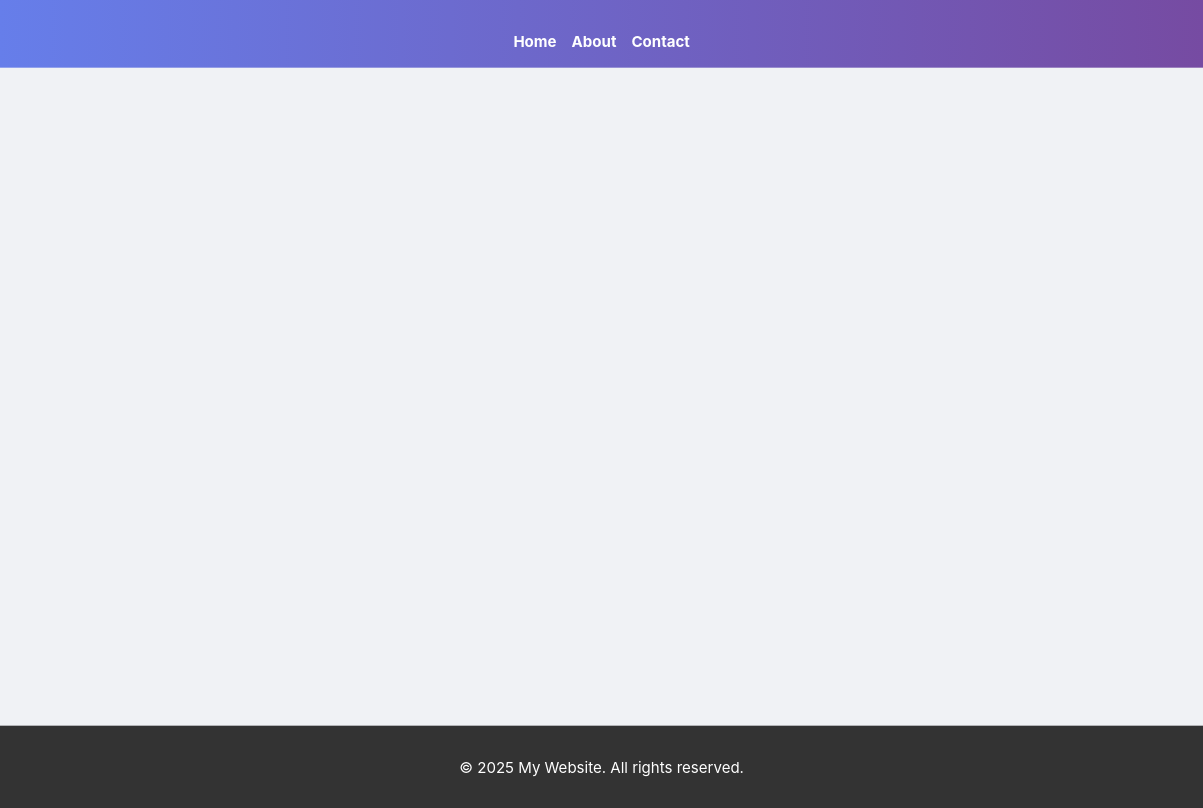
Repository: PhilLeGoff/first-react-page
Page: /
An editor plug-in stored every save of this project. The page is shown before and after the next save, followed by the edit.
The browser window is 1280 px wide. The pictures show the whole page, at 94% of full size.
The project was rebuilt for these pictures with package versions that can differ from the ones it lists, and the page was loaded fresh each time. Also part of the build but not shown: vite.config.ts.

Above is the page before, as saved 2025-02-17 15:27:37.

### src/index.css
:root {
  font-family: Inter, system-ui, Avenir, Helvetica, Arial, sans-serif;
  line-height: 1.5;
  font-weight: 400;

  color-scheme: light dark;
  color: rgba(255, 255, 255, 0.87);
  background-color: #242424;

  font-synthesis: none;
  text-rendering: optimizeLegibility;
  -webkit-font-smoothing: antialiased;
  -moz-osx-font-smoothing: grayscale;
}

a {
  font-weight: 500;
  color: #646cff;
  text-decoration: inherit;
}
a:hover {
  color: #535bf2;
}

body {
  margin: 0;
  font-family: 'Inter', sans-serif;
  background-color: #f0f2f5;
}

h1 {
  font-size: 3.2em;
  line-height: 1.1;
}

button {
  border-radius: 8px;
  border: 1px solid transparent;
  padding: 0.6em 1.2em;
  font-size: 1em;
  font-weight: 500;
  font-family: inherit;
  background-color: #1a1a1a;
  cursor: pointer;
  transition: border-color 0.25s;
}
button:hover {
  border-color: #646cff;
}
button:focus,
button:focus-visible {
  outline: 4px auto -webkit-focus-ring-color;
}

@media (prefers-color-scheme: light) {
  :root {
    color: #213547;
    background-color: #ffffff;
  }
  a:hover {
    color: #747bff;
  }
  button {
    background-color: #f9f9f9;
  }
}

### src/App.tsx
// src/App.tsx
import { useState } from 'react'
import Header from './components/Header'
import Footer from './components/Footer'
import './App.css'
import './index.css'
import Hero from './components/Hero'

function App() {
  const [count, setCount] = useState(0)

  return (
    <div className="app-container">
      <Header />

      <Hero />

      <Footer />
    </div>
  )
}

export default App

### src/components/Header.tsx
// src/components/Header.tsx
import './Header.css' // Optional: Create a separate CSS file for Header styles if desired

const Header = () => {
  return (
    <header className="header">
      <nav className="nav">
        <a href="#home" className="nav-link">Home</a>
        <a href="#about" className="nav-link">About</a>
        <a href="#contact" className="nav-link">Contact</a>
      </nav>
    </header>
  )
}

export default Header

### src/components/Footer.tsx
// src/components/Footer.tsx
import './Footer.css' // Optional: Create a separate CSS file for Footer styles if desired

const Footer = () => {
  return (
    <footer className="footer">
      <p>&copy; {new Date().getFullYear()} My Website. All rights reserved.</p>
    </footer>
  )
}

export default Footer

### src/App.css
/* App.css */
.app-container {
  display: flex;
  flex-direction: column;
  min-height: 100vh;
}

.main-content {
  flex: 1;
  padding: 2rem;
  text-align: center;
}

.tagline {
  margin-top: 0.5rem;
  font-size: 1.2rem;
  color: #555;
}

.card {
  background-color: #ffffff;
  padding: 1.5rem;
  margin: 2rem auto;
  border-radius: 0.5rem;
  max-width: 400px;
  box-shadow: 0 2px 5px rgba(0, 0, 0, 0.1);
}

### src/components/Hero.tsx

type Props = {}
import "./Hero.css"

export default function Hero({}: Props) {
  return (
    <div className="hero_container">

    </div>
  )
}

### src/components/Header.css
.header {
  background: linear-gradient(90deg, #667eea, #764ba2);
  padding: 1rem 2rem;
  text-align: center;
}

.nav {
  margin-top: 1rem;
}

.nav-link {
  margin: 0 0.5rem;
  color: #fff;
  text-decoration: none;
  font-weight: bold;
}

.nav-link:hover {
  text-decoration: underline;
}

### src/components/Footer.css
.footer {
  background-color: #333;
  color: #fff;
  padding: 1rem 2rem;
  text-align: center;
}

### src/components/Hero.css
.hero_container {
  height: 700px;
  width: "full";
}

Loaded but not shown: index.html (common file); src/main.tsx (common file)

After the next save:
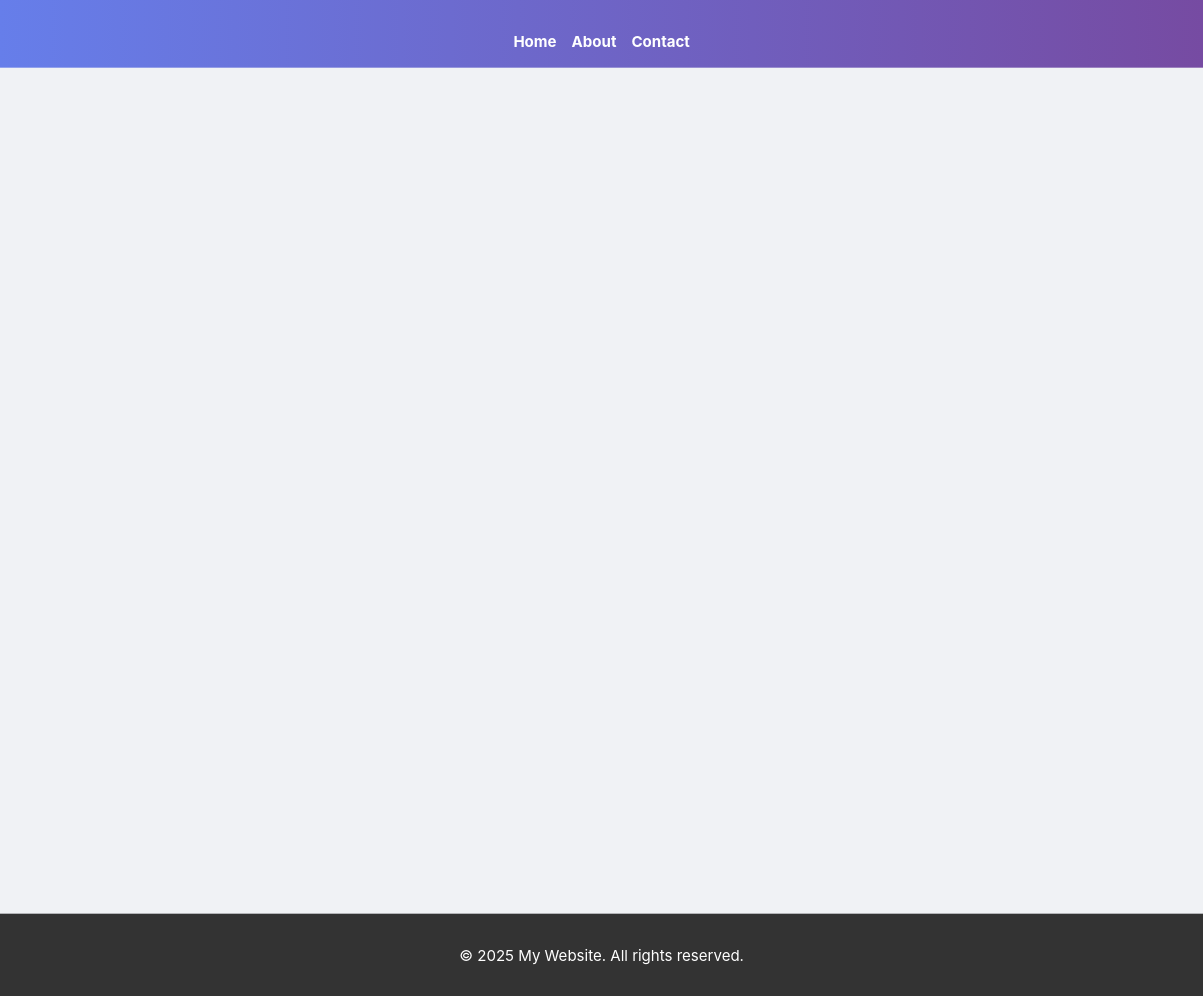
Saved 5 s later.
--- a/src/components/Hero.css
+++ b/src/components/Hero.css
@@ -1,4 +1,4 @@
 .hero_container {
-  height: 700px;
+  height: 900px;
   width: "full";
 }
